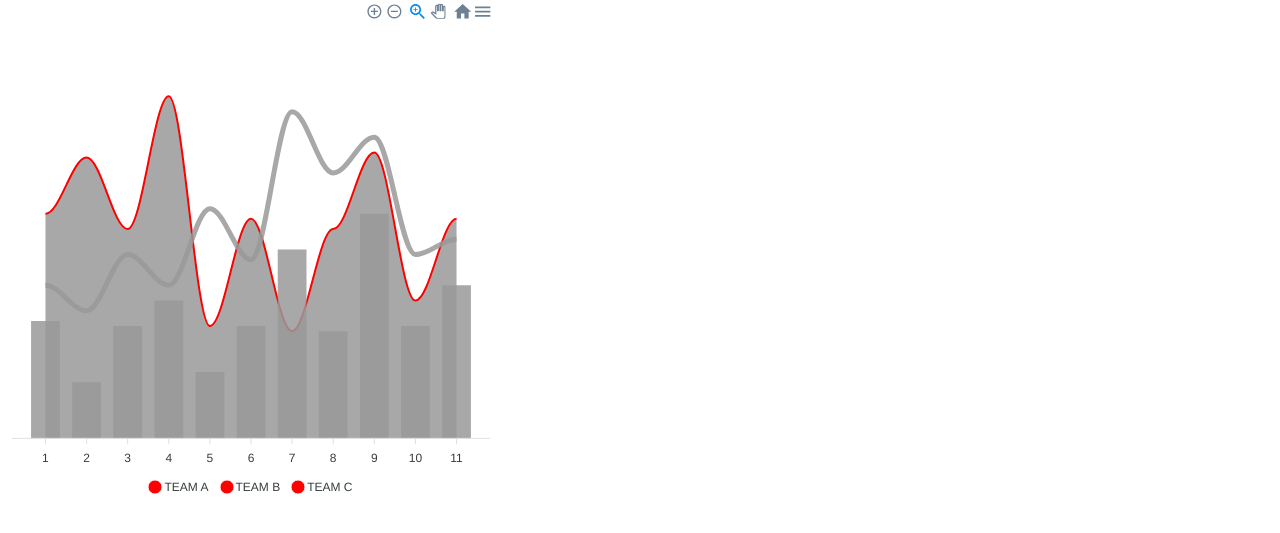
Repository: wanted-pre-onboarding-internship-1team/pre-onboarding-9th-3-1
Page: /
The author's editor kept a copy of each file at every save. The page is drawn from the files as they stood at one save, then again after the next save.
The browser window is 1280 px wide. The pictures show the whole page.
The project was rebuilt for these pictures with package versions that can differ from the ones it lists, and the page was loaded fresh each time.

Above is the page before, as saved 2023-03-14 23:17:21.

After the next save:
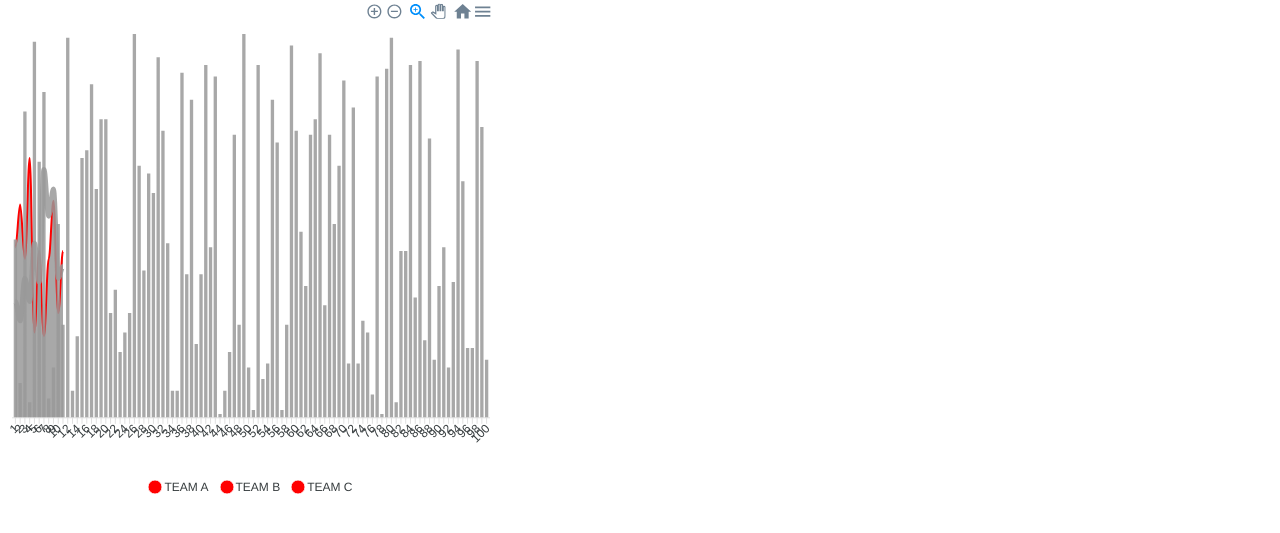
Saved 82 s later.
--- a/src/pages/Mainpage.tsx
+++ b/src/pages/Mainpage.tsx
@@ -17,7 +17,7 @@ export default function Mainpage() {
           {
             name: 'TEAM A',
             type: 'column',
-            data: [23, 11, 22, 27, 13, 22, 37, 21, 44, 22, 30],
+            data: test.areaValueList,
           },
           {
             name: 'TEAM B',
